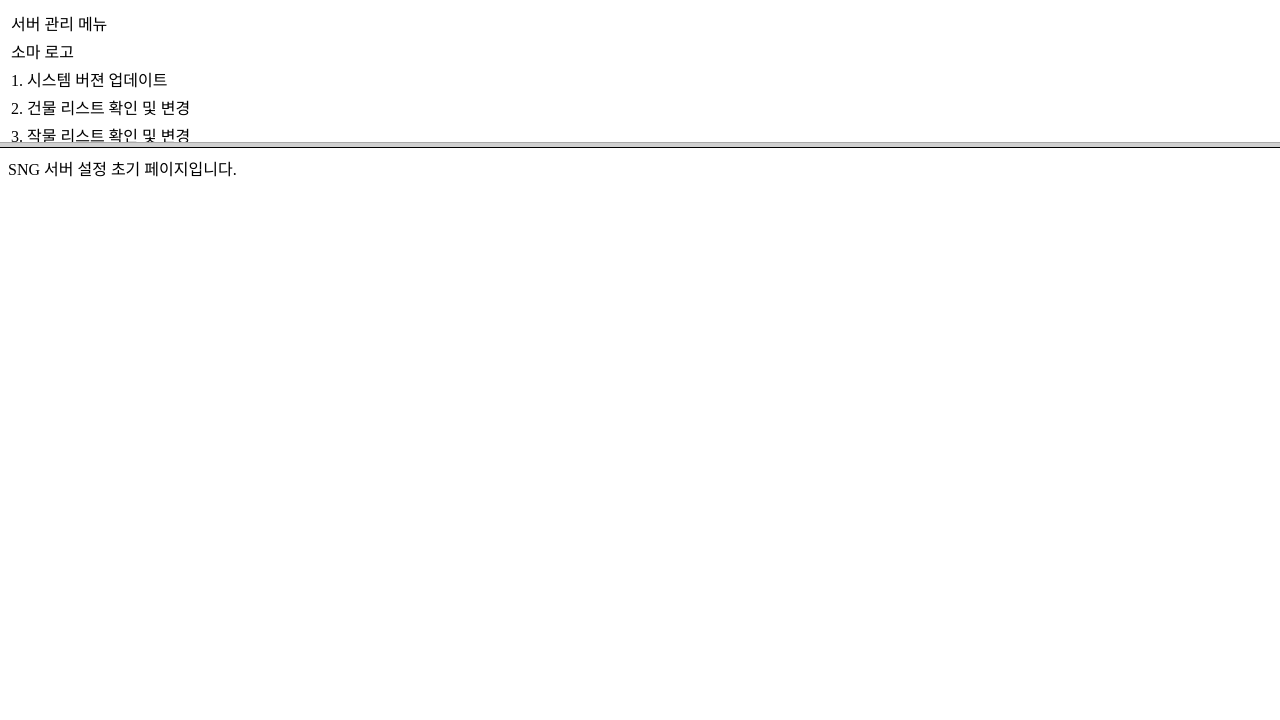
Repository: swmaestro/MobileSNG
Page: Programming/server/SNGTestModule/war/index.html
The author's editor kept a copy of each file at every save. The page is drawn from the files as they stood at one save, then again after the next save.
The browser window is 1280 px wide. The pictures show the whole page.

Above is the page before, as saved 2012-09-03 19:53:29.

After the next save:
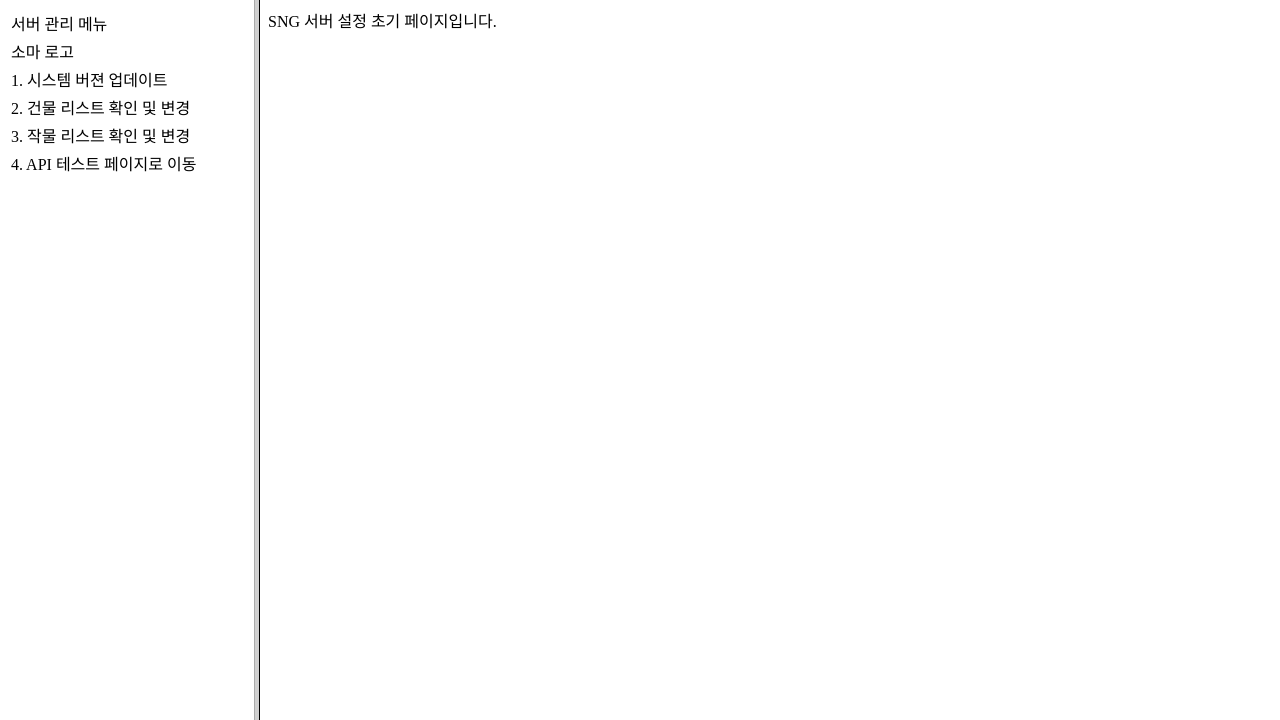
Saved 85 s later.
--- a/Programming/server/SNGTestModule/war/index.html
+++ b/Programming/server/SNGTestModule/war/index.html
@@ -11,7 +11,7 @@
     <meta http-equiv="content-type" content="text/html; charset=UTF-8">
     <title>API Test Set</title>
   </head>
-<FRAMESET ROWS="20%,80%">
+<FRAMESET cols="20%,80%">
 <FRAME SRC="ServerControlPage/ServerMenuList.html">
 <FRAME SRC="ServerControlPage/ServerStartMainView.html">
 </FRAMESET>
